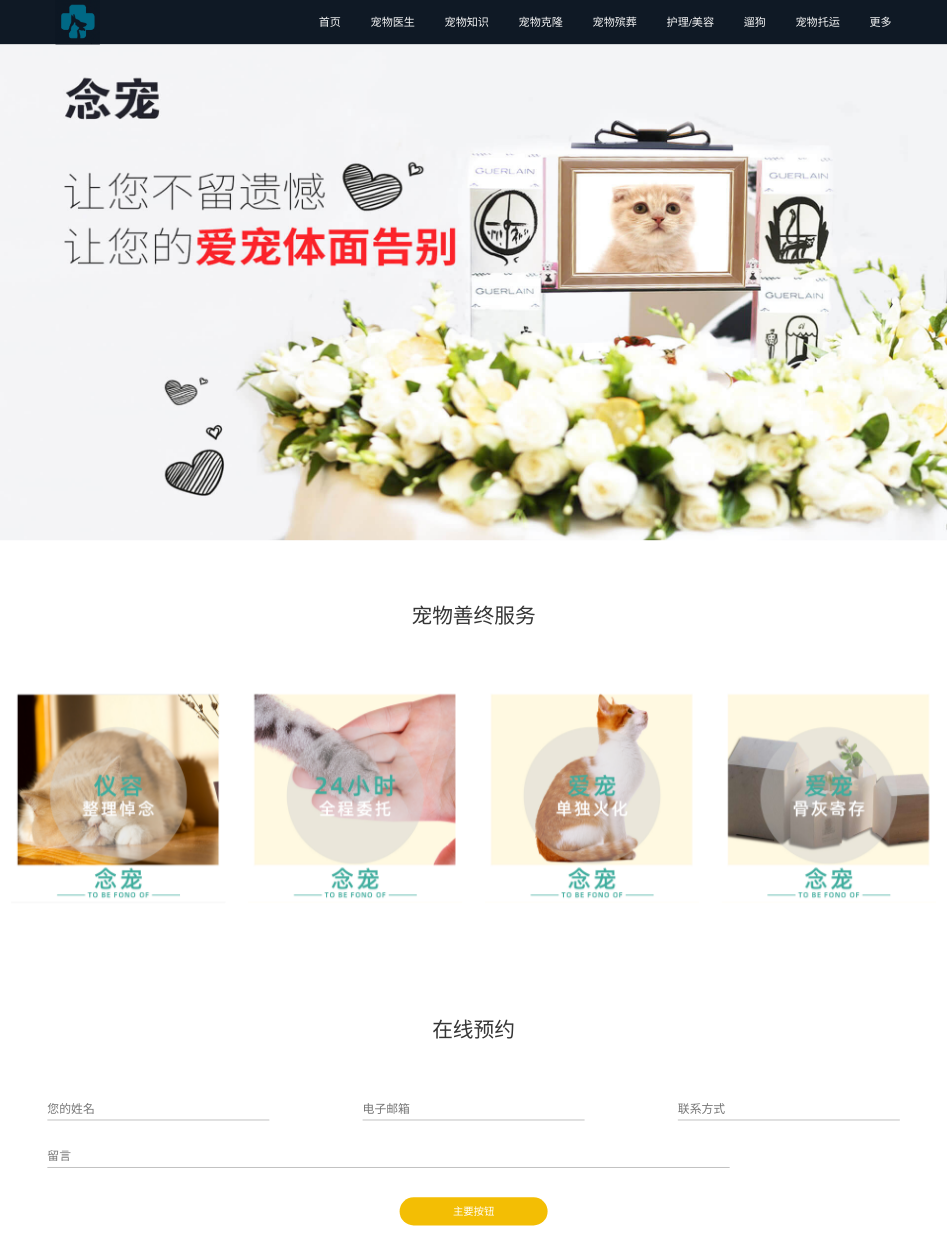
Repository: Sharang-heng/pet-hospital
Page: /petFuneral
These files come from the project's save history. The page is drawn as it stood at one moment and after the next save; the edit follows.
The browser window is 1280 px wide. The pictures show the whole page, at 74% of full size.
The project was rebuilt for these pictures with package versions that can differ from the ones it lists, and the page was loaded fresh each time. Also part of the build but not shown: vue.config.js, src/components/home_short.vue, src/views/HomePage.vue, src/components/footer.vue, src/views/counsel.vue, src/views/doctor.vue, src/views/knowledge.vue, src/views/clone.vue and 10 more. Imported but missing from the stored project, and not drawn on this page: src/assets/video/homepage.mp4.

Above is the page before, as saved 2021-01-13 14:13:10.

After the next save:
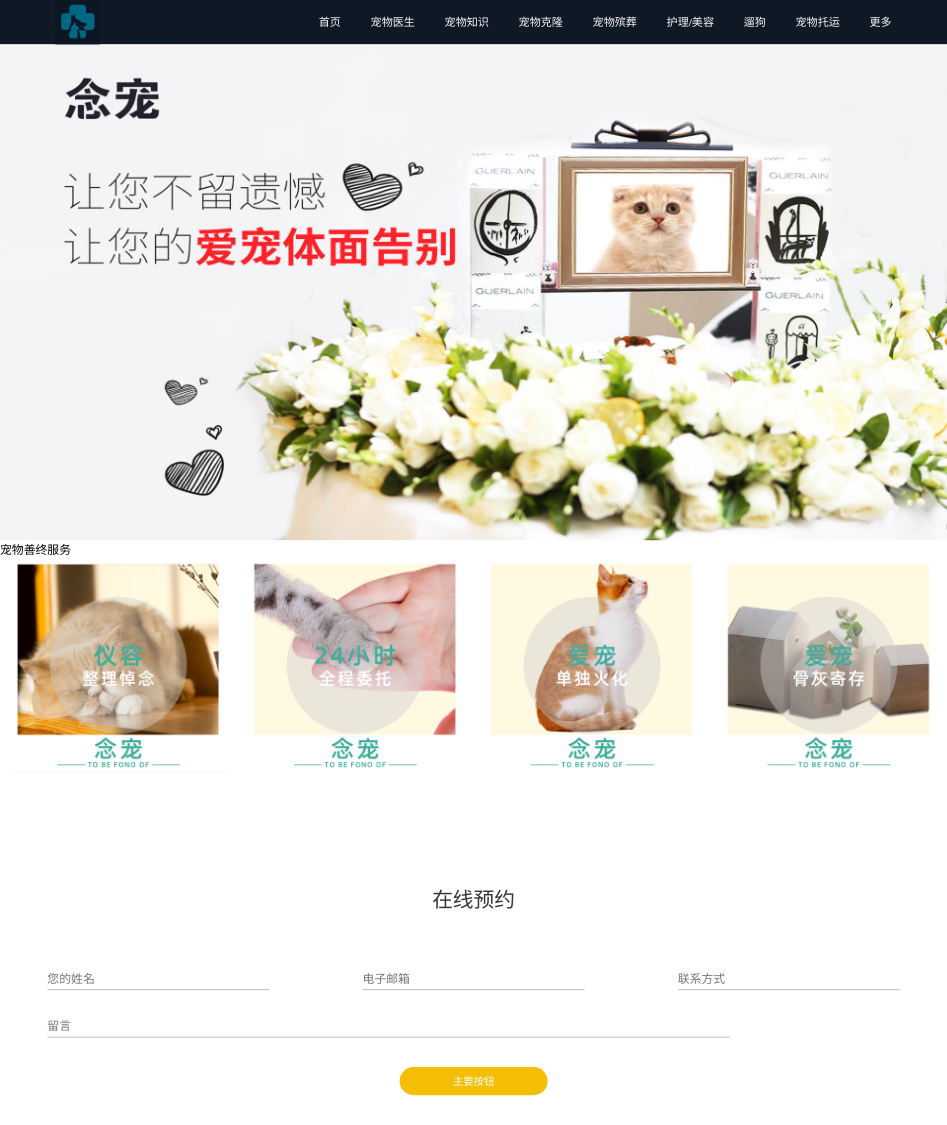
Saved 2 min 38 s later.
--- a/src/views/petFuneral.vue
+++ b/src/views/petFuneral.vue
@@ -27,32 +27,34 @@
         </div>
       </div>
     </div>
-    <div class="middle">
-      <p>在线预约</p>
-    </div>
-    <div class="orderForm">
-      <div class="detail_msg">
-        <li>
-          <input v-model="name" placeholder="您的姓名" class="input_text" />
-        </li>
-        <li>
-          <input v-model="mail" placeholder="电子邮箱" class="input_text" />
-        </li>
-        <li>
-          <input v-model="phone" placeholder="联系方式" class="input_text" />
-        </li>
+    <div class="bottom_container">
+      <div class="middle">
+        <p>在线预约</p>
       </div>
-      <div class="area_container">
-        <input
-          type="textarea"
-          :rows="2"
-          placeholder="留言"
-          v-model="textarea"
-          class="input_area"
-        />
-      </div>
-      <div class="button_container">
-        <el-button type="primary" round class="button">主要按钮</el-button>
+      <div class="orderForm">
+        <div class="detail_msg">
+          <li>
+            <input v-model="name" placeholder="您的姓名" class="input_text" />
+          </li>
+          <li>
+            <input v-model="mail" placeholder="电子邮箱" class="input_text" />
+          </li>
+          <li>
+            <input v-model="phone" placeholder="联系方式" class="input_text" />
+          </li>
+        </div>
+        <div class="area_container">
+          <input
+            type="textarea"
+            :rows="2"
+            placeholder="留言"
+            v-model="textarea"
+            class="input_area"
+          />
+        </div>
+        <div class="button_container">
+          <el-button type="primary" round class="button">主要按钮</el-button>
+        </div>
       </div>
     </div>
   </div>
@@ -82,13 +84,7 @@
   background-size: 100% 100%;
   height: 670px;
 }
-.middle {
-  display: flex;
-  justify-content: center;
-  font-size: 28px;
-  color: #353535;
-  margin: 80px 0;
-}
+
 .box {
   box-sizing: border-box;
   display: flex;
@@ -118,6 +114,15 @@
 }
 .container {
   width: 100%;
+  .bottom_container {
+    .middle {
+      display: flex;
+      justify-content: center;
+      font-size: 28px;
+      color: #353535;
+      margin: 80px 0;
+    }
+
   .orderForm {
     width: 100%;
     .detail_msg {
@@ -158,6 +163,7 @@
         width: 200px;
       }
     }
+    }
   }
 }
 </style>
